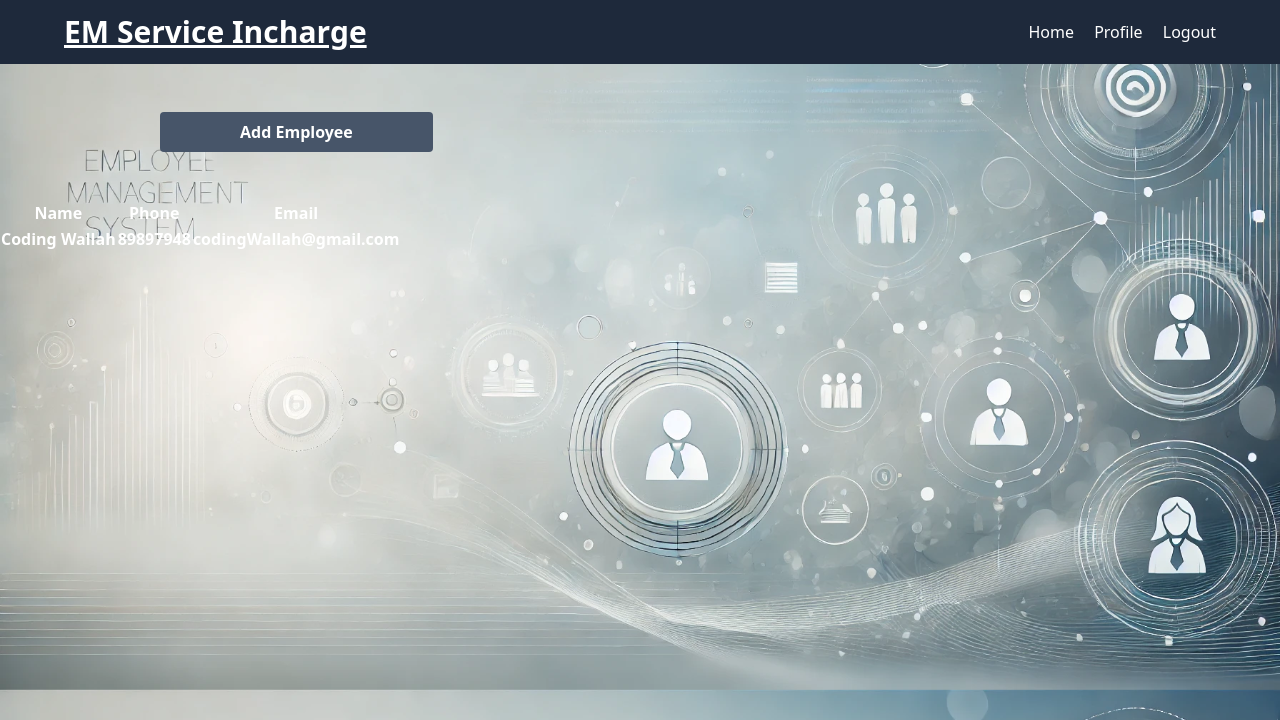
Repository: Vaibhav979/EmployeeManagement-Spring
Page: / (app in em-project-view/)
An editor plug-in stored every save of this project. The page is shown before and after the next save, followed by the edit.
The browser window is 1280 px wide. The pictures show the whole page.
The project was rebuilt for these pictures with package versions that can differ from the ones it lists, and the page was loaded fresh each time. Also part of the build but not shown: em-project-view/vite.config.js.

Above is the page before, as saved 2025-01-02 22:47:26.

After the next save:
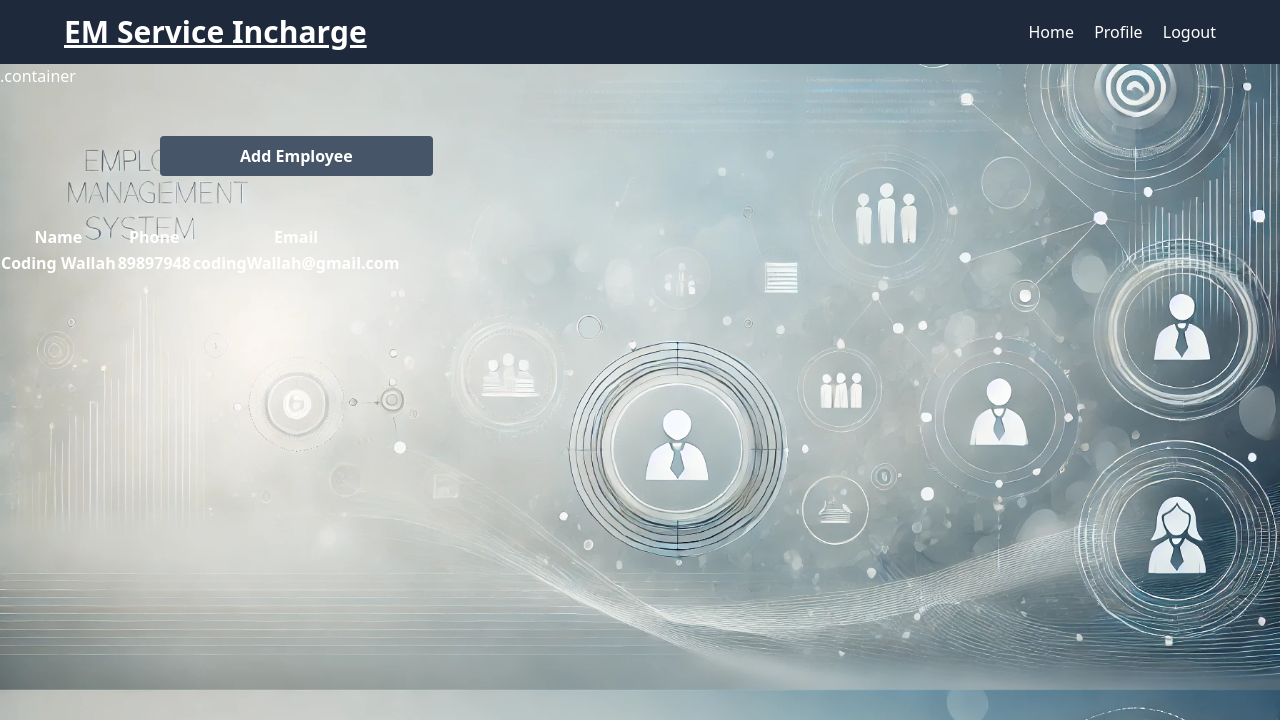
Saved 5 s later.
--- a/em-project-view/src/App.jsx
+++ b/em-project-view/src/App.jsx
@@ -22,7 +22,7 @@ function App() {
         </div>
       </div>
 
-
+      .container
       <div>
         <button className="bg-slate-600 hover:bg-blue-700 mx-40 my-12 font-semibold px-20 py-2 rounded">
           Add Employee
